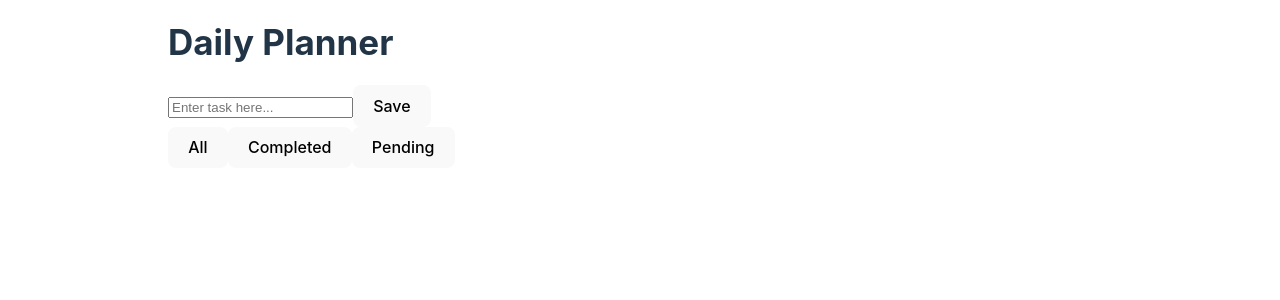
Repository: leslie179/lab4
Page: / (app in lab4/)
The author's editor kept a copy of each file at every save. The page is drawn from the files as they stood at one save, then again after the next save.
The browser window is 1280 px wide. The pictures show the whole page.
The project was rebuilt for these pictures with package versions that can differ from the ones it lists, and the page was loaded fresh each time. Also part of the build but not shown: lab4/vite.config.js, lab4/src/components/Task.jsx.

Above is the page before, as saved 2024-10-27 18:05:48.

After the next save:
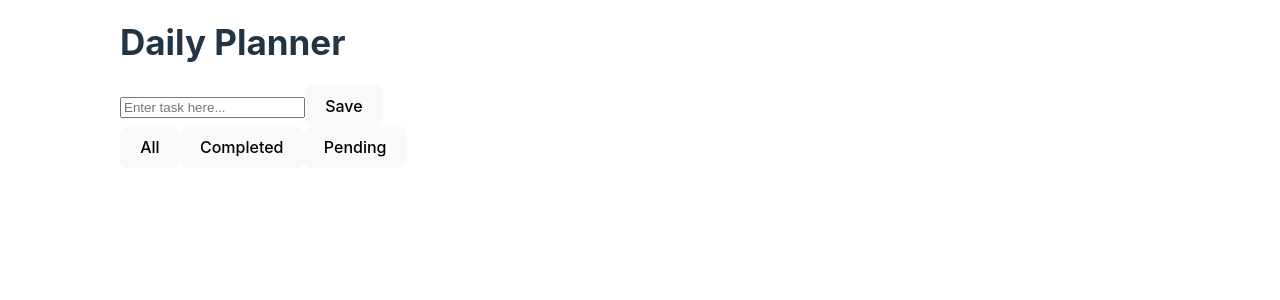
Saved 4 s later.
--- a/lab4/src/App.css
+++ b/lab4/src/App.css
@@ -1,7 +1,7 @@
 #root {
   max-width: 1280px;
   text-align: left;
-  padding-left: 10rem;
+  padding-left: 7rem;
 }
 
 h1{
